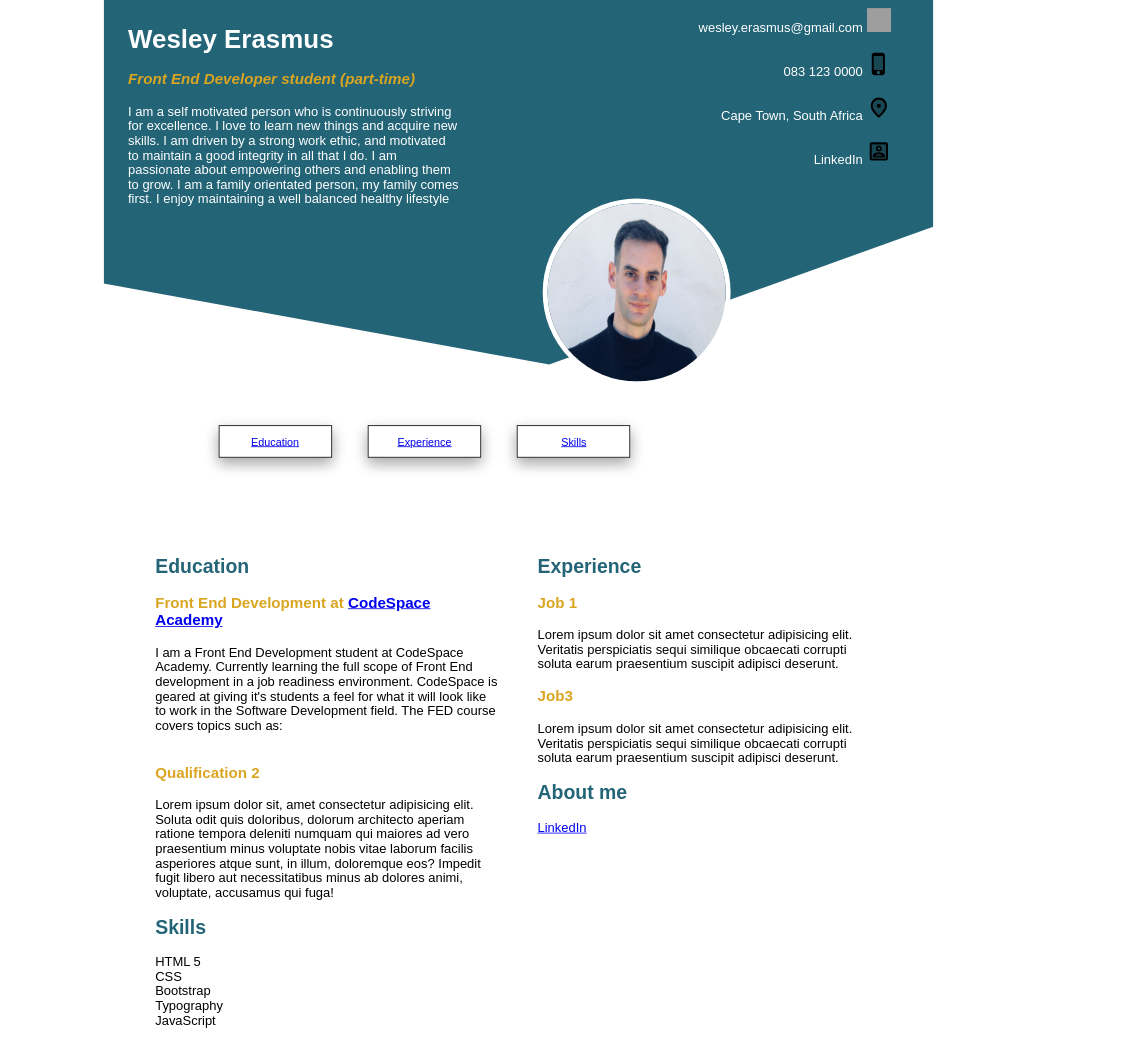
Repository: WesleyErasmus/myDigitalResume
Page: Resume-Projec-3/index.html
An editor plug-in stored every save of this project. The page is shown before and after the next save, followed by the edit.
The browser window is 1280 px wide. The page is 1408 px wide, so the pictures cover 1408 px, including what lies to the right of the window. The pictures show the whole page, at 81% of full size.
Pictures or frames that could not be fetched are drawn as grey boxes.

Above is the page before, as saved 2022-02-12 16:59:18.

### Resume-Projec-3/index.html
<!DOCTYPE html>
<html lang="en">

<head>
  <meta charset="UTF-8">
  <meta http-equiv="X-UA-Compatible" content="IE=edge">
  <meta name="viewport" content="width=device-width, initial-scale=1.0">
  <title>Hello World</title>
  <link rel="stylesheet" href="styles.css">
</head>

<body>
  <header>
    <div class="title">
          <h1>Wesley Erasmus</h1>
          <h3> <em>Front End Developer student (part-time)</em></h3>
          <p>I am a self motivated person who is continuously striving for excellence. I love to learn new things and acquire new skills. I am driven by a strong work ethic, and motivated to maintain a good integrity in all that I do. I am passionate about empowering others and enabling them to grow. I am a family orientated person, my family comes first. I enjoy maintaining a well balanced healthy lifestyle</p>
    </div>


    <ul class="contact-details">
            <li>wesley.erasmus@gmail.com <img src="svg/email.svg" alt="Gmail" style="width: 30px; height: 30px;"> </li>

            <li>083 123 0000 <img src="svg/phone.svg" alt="Cell number" style="width: 30px; height: 30px;"> </li>

            <li>Cape Town, South Africa <img src="svg/location2.svg" alt="Location" style="width: 30px; height: 30px;"> </li>

            <li>LinkedIn </a> <img src="svg/account.svg" alt="LinkedIn profile" style="width: 30px; height: 30px;"> </li>
    </ul>


  </header>

    <img id="headshot" src="images/IMG_01081.jpg" alt="Portrait image of Wesley Erasmus">



    <svg width="1024px" >
      <polygon fill="#236477" points="0,0 1024,0 1024,280 550,450 0,350"/>
  </svg>

  <nav>

    <ul class="page-links">
      <li> <button><a href="#Education">Education</a></button></li>
      <li><button><a href="#Experience">Experience</a></button></li>
      <li><button><a href="#Skills">Skills</a></button></li>
    </ul>

  </nav>

  <main>

    <div class="flex-col-1">

      <h2 class="color-headings" id="Education">Education</h2>

      <h3>Front End Development at <a href="https://www.codespace.co.za/" target="_blank">CodeSpace Academy</a> </h3>

      <p>I am a Front End Development student at CodeSpace Academy. Currently learning the full scope of Front End development in a job readiness environment. CodeSpace is geared at giving it's students a feel for what it will look like to work in the Software Development field. The FED course covers topics such as:</p>
      <br>

        <h3>Qualification 2</h3>

      <p>Lorem ipsum dolor sit, amet consectetur adipisicing elit. Soluta odit quis doloribus, dolorum architecto
        aperiam ratione tempora deleniti numquam qui maiores ad vero praesentium minus voluptate nobis vitae laborum
        facilis asperiores atque sunt, in illum, doloremque eos? Impedit fugit libero aut necessitatibus minus ab
        dolores animi, voluptate, accusamus qui fuga!</p>




      <h2 class="color-headings" id="Skills">Skills</h2>

      <ul>
        <li>HTML 5</li>
        <li>CSS</li>
        <li>Bootstrap</li>
        <li>Typography</li>
        <li>JavaScript</li>
      </ul>

  </div>


    <div class="flex-col-1">
    <h2 class="color-headings" id="Experience">Experience</h2>
    <h3>Job 1</h3>
    <p>Lorem ipsum dolor sit amet consectetur adipisicing elit. Veritatis perspiciatis sequi similique obcaecati
      corrupti soluta earum praesentium suscipit adipisci deserunt.</p>
    <h3>Job3</h3>
    <p>Lorem ipsum dolor sit amet consectetur adipisicing elit. Veritatis perspiciatis sequi similique obcaecati
      corrupti soluta earum praesentium suscipit adipisci deserunt.</p>


    <h2 class="color-headings" >About me</h2>
    <p>
      <a href="https://www.linkedin.com/feed/" target="_blank">LinkedIn</a>
    </p>
  </div>

  </main>

</body>

</html>

### Resume-Projec-3/styles.css
* {
    margin: 0;
    padding: 0;
    font-family: sans-serif;
}
body {
max-width: 1024px;
max-height: 830px;
margin: 0 auto;
}
ul {
    list-style-type: none;
}
header {
    display: flex;
    width: 100%;
    color: #fff;
    margin-bottom: 50px;
}
h3 {
    color: goldenrod;
    margin-top: 20px;
    margin-bottom: 20px;
}
.contact-details {
    width: 50%;
    text-align: right;
    list-style-type: none;
}
.contact-details li{
    padding: 10px;
}

.title {
    width: 40%;
    padding: 30px;
}
#headshot{
    position: relative;
    float: right;
    right: 250px;
    top: -90px;
    width: 220px;
    height: 220px;
    border-radius: 50%;
    border: 6px solid #fff;
}

svg {
    display: block;
    width: 1024px;
    z-index: -1;
    position: absolute;
    top: 0;
    width: 100%;
    height: 500px;
}
nav {
    align-items: center;
    margin-top: 240px ;
}
.page-links li{
    display: inline;
    background-color: #fff;
    margin: 20px;
}
button {
    color: #000;
    background-color: #fff;
    width: 140px;
    height: 40px;
    border: solid 1px black;
    box-shadow: 0 8px 16px 0 rgba(0,0,0,0.2), 0 6px 20px 0 rgba(0,0,0,0.19);
}
button:hover {
    cursor: pointer;
    background-color: #cfdfda;

}
a:visited {
    color: #173042;
  }

  a:active {
    color: blue;
  }
/* button:click {
    cursor: pointer;

} */
.color-headings {
    color: #236477;
    margin: 20px 0 20px 0;
}
.page-links{
    text-align: center;
}

main {

    margin: 80px 40px 0 40px;
    display: flex;
    flex-direction: row;
}
.flex-col-1, .flex-col-2 {
    margin: 0 auto;
    text-align: left;
    width: 45%;
    padding: 20px;

}

After the next save:
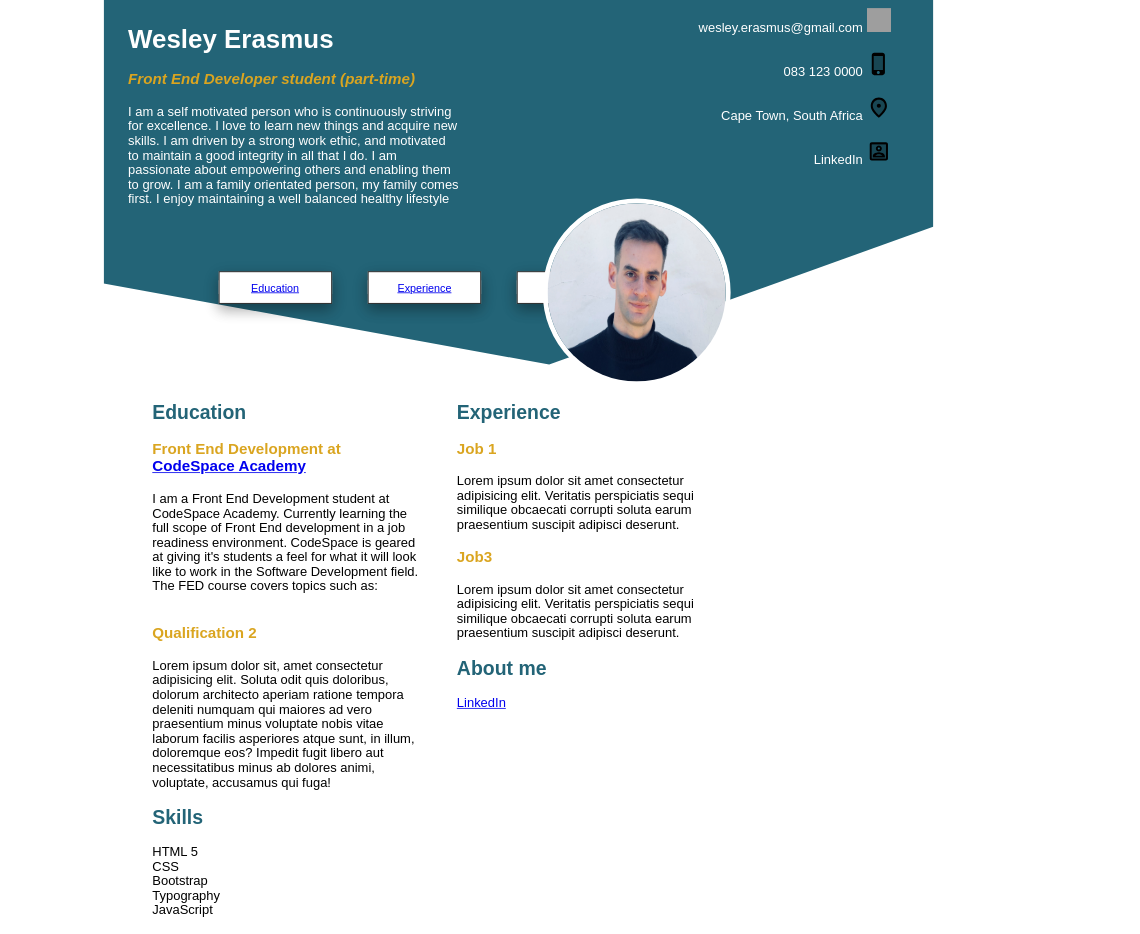
Saved 46 s later.
--- a/Resume-Projec-3/styles.css
+++ b/Resume-Projec-3/styles.css
@@ -56,8 +56,8 @@ svg {
     height: 500px;
 }
 nav {
-    align-items: center;
     margin-top: 240px ;
+    margin: 0 auto;
 }
 .page-links li{
     display: inline;
